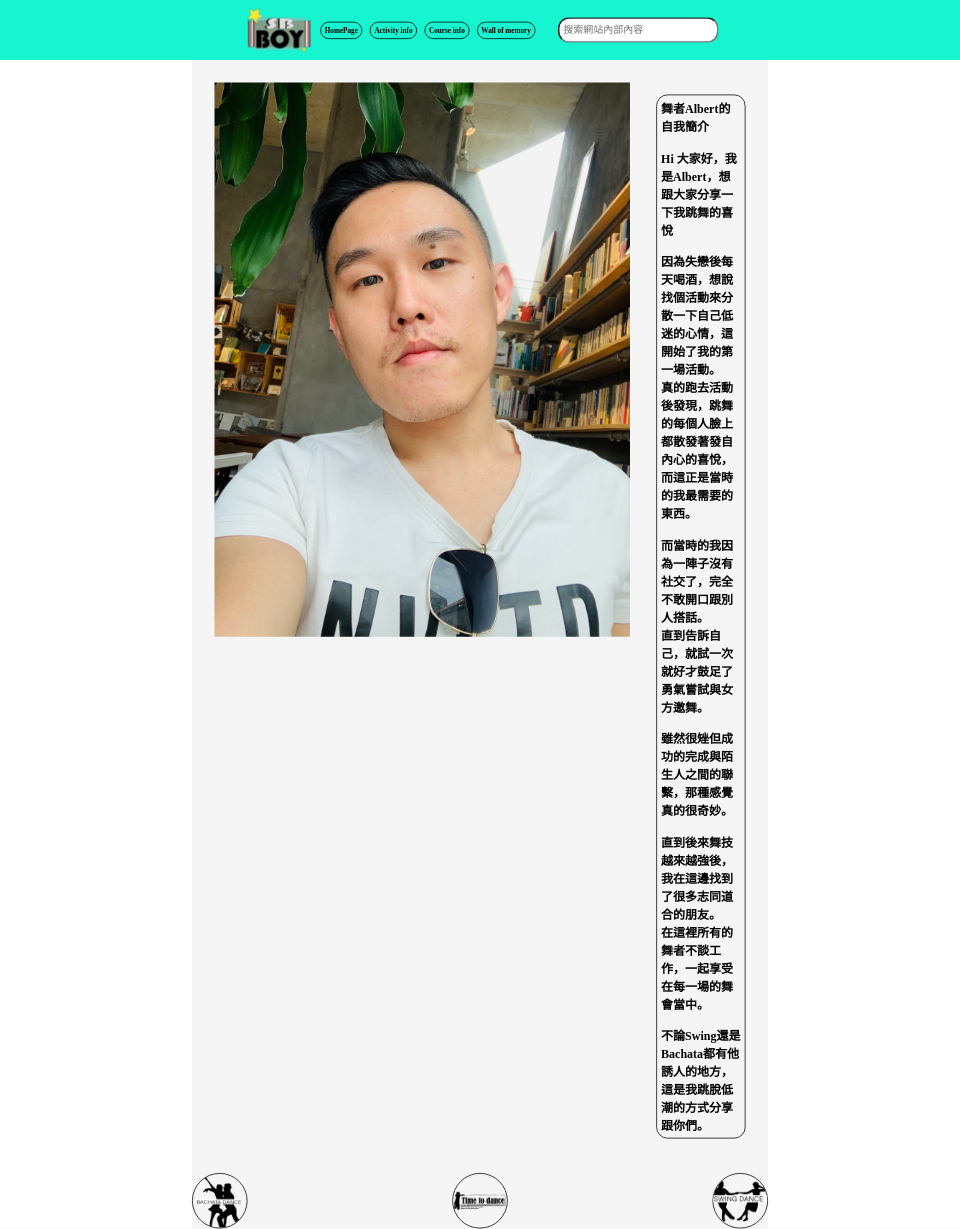
Repository: AlbertKoii/0718_Learning_Javascript
Page: aboutme/aboutme_try.html
These files come from the project's save history. The page is drawn as it stood at one moment and after the next save; the edit follows.
The browser window is 1280 px wide. The pictures show the whole page, at 75% of full size.

Above is the page before, as saved 2023-07-26 13:35:24.
Not found: aboutme/script.js

### aboutme/aboutme_try.html
<!DOCTYPE html>
<html lang="en">
<head>
    <meta charset="UTF-8">
    <meta name="viewport" content="width=device-width, initial-scale=1.0">
    <link rel="stylesheet" href="aboutme.try.css">
    <title>About me</title>
</head>
<body>
    <!-- 第一層 -->
    <div class="search-bar">
        <img class="logo" src="../img/logo.png" alt="圖片">
        <div class="links">
            <a class="link" href="../index.html">HomePage</a>
            <a class="link" href="./Activity info/ActivityInfo.html">Activity info</a>
            <a class="link" href="./CourseInfo/Courseinfo.html">Course info</a>
            <a class="link" href="./WallOfMemory.html/WallOfMemory.html">Wall of memory</a>
        </div>
        <div class="search">
            <input type="text" placeholder="搜索網站內部內容">
        </div>
    </div>

    <!-- 第二層 -->
    <div class="content">
        <div class="left">
            <img src="../img/Myhead.jpg" alt="個人照片">
        </div>
        <div class="right">
            <p style="font-size: 16px"><b>舞者Albert的自我簡介</b><b>
            <br><br>
            Hi 大家好，我是Albert，想跟大家分享一下我跳舞的喜悅<br>
            <br>
            因為失戀後每天喝酒，想說找個活動來分散一下自己低迷的心情，這開始了我的第一場活動。<br>
            真的跑去活動後發現，跳舞的每個人臉上都散發著發自內心的喜悅，<br>
            而這正是當時的我最需要的東西。<br>
            <br>
            而當時的我因為一陣子沒有社交了，完全不敢開口跟別人搭話。<br>
            直到告訴自己，就試一次就好才鼓足了勇氣嘗試與女方邀舞。<br>
            <br>
            雖然很矬但成功的完成與陌生人之間的聯繫，那種感覺真的很奇妙。<br>
            <br>
            直到後來舞技越來越強後，我在這邊找到了很多志同道合的朋友。<br>
            在這裡所有的舞者不談工作，一起享受在每一場的舞會當中。<br>
            <br>
            不論Swing還是Bachata都有他誘人的地方，這是我跳脫低潮的方式分享跟你們。</b>
            </p>
        </div>
    </div>

    <!-- 第三層 -->
    <div class="Icon">
        <img src="../img/BachataDanceIcon.png" alt="圖片1">
        <img src="../img/DanceIcon_01.png" alt="圖片2">
        <img src="../img/SwingDanceIcon.png" alt="圖片3">
    </div>

    <script src="script.js" defer></script>
</body>
</html>

### aboutme/aboutme.try.css
*{
    position: relative;
    font-family: 微軟正黑體;
}

html, body{
    padding: 0px;
    margin: 0px;

}
/* 第一層樣式 */
.search-bar {
    display: flex;
    align-items: center;
    justify-content:center;
    padding: 10px;
    text-overflow: ellipsis;
    background-color: #16F4D0;
}

.search-bar input {
    width: 200px;
    height: 3vh;
    padding: 5px;
    position: relative;
}
.logo{
    width: 100px;
}
.links {
    font-size: .6em;
    display: flex;
    white-space: nowrap;
}

.link {
    margin: 0 5px;
    padding: 5px;
    cursor: pointer;
    border-radius: 15px;
    border: solid .4px black;
    text-decoration: none;
    color: black;
    font-weight:700
}

.search{
    margin-left: 2%;
}

.search input{
    border-radius: 15px;
    height: 20px;
}
/* 第二層樣式 */
.content {
    display: flex;
    padding: 20px;
    background-color: #f5f5f5;
    text-overflow: ellipsis;
}

.content{
    margin-left:20%;
    margin-right: 20%;
    padding: 30px;
}

.left img {
    width: 100%;
    height: auto;
    object-fit: cover;
}
.right {
    width: 70%;
    margin-left: 5%;
    }
.right p{
    border: 1px solid black;
    border-radius: 15px;
    padding: 5px;
}


/* 第三層樣式 */
.Icon {
    display: flex;
    margin-left:20%;
    margin-right: 20%;
    justify-content: space-between;
    background-color: #f5f5f5;
}
.Icon img{
    height: 10vh;
    width: auto;
    padding: auto;
    border: 1px solid black;
    border-radius: 100%;
}

After the next save:
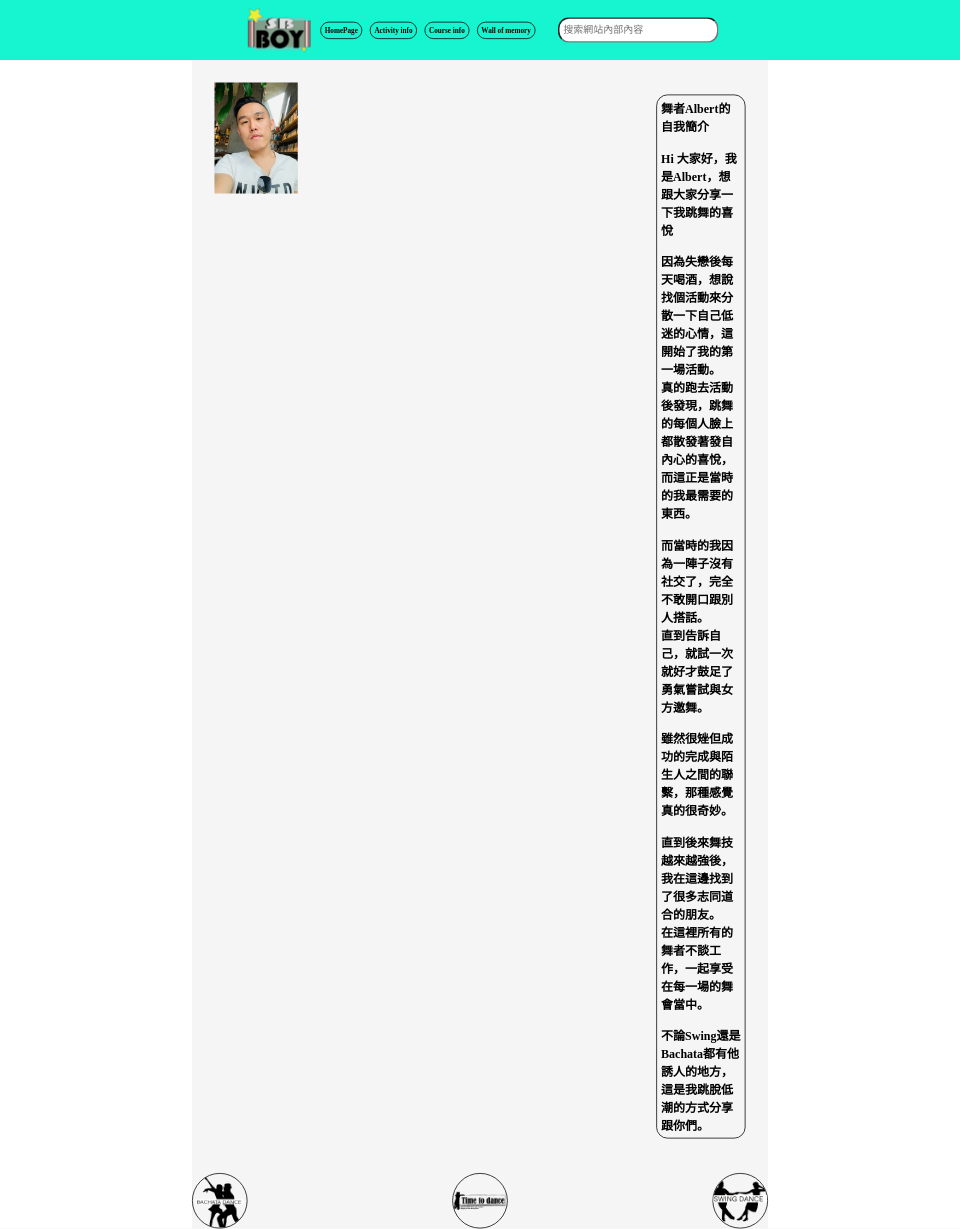
Saved 6 s later.
--- a/aboutme/aboutme.try.css
+++ b/aboutme/aboutme.try.css
@@ -67,7 +67,7 @@ html, body{
 }
 
 .left img {
-    width: 100%;
+    width: 20%;
     height: auto;
     object-fit: cover;
 }
